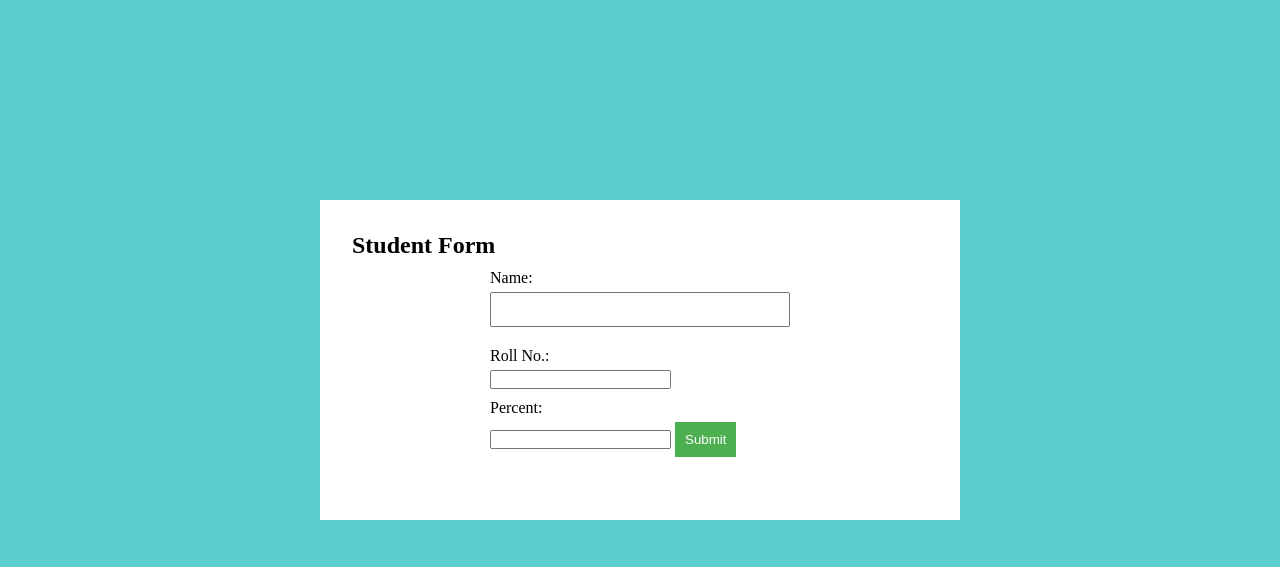
Repository: deeptimahisare1206/Todo_List
Page: http://localhost/Hib_Nest/
An editor plug-in stored every save of this project. The page is shown before and after the next save, followed by the edit.
The browser window is 1280 px wide. The pictures show the whole page.
The page is served by Tomcat 10. Other server files are loaded and not shown.

Above is the page before, as saved 2024-11-09 11:08:43.

### Hib_Nest/src/main/webapp/index.jsp
<%@ page language="java" contentType="text/html; charset=UTF-8"
	pageEncoding="UTF-8"%>
<html>
<head>
<style>
*{
margin:0;
padding:0;
box-sizing: border-box;

}
body {
display:grid;
place-items:center;
	background-color: #5acdcd;
	gap: 2rem;
	height: 100vh;
}

div{
padding:2rem;
	background-color: white;
	height: 20rem;
	width:50vw;
}

form {
    width: 300px;
    margin: 0 auto;
}

label {
    display: block;
    margin: 10px 0 5px;
}

input[type="text"],
input[type="email"],
input[type="password"] {
    width: 100%;
    padding: 8px;
    margin-bottom: 10px;
}

input[type="submit"] {
    background-color: #4CAF50;
    color: white;
    padding: 10px;
    border: none;
    cursor: pointer;
}

input[type="submit"]:hover {
    background-color: #45a049;
}
</style>
</head>
<body>
<div>
	<h2>Student Form</h2>

	<form action="Register" method="get">
		<label>Name:</label><input type="text" name="name"><label>Roll
			No.: </label> <input type="number" name="roll"> <label>Percent:
		</label><input type="number" name="percent"> <input type="submit"
			value="Submit">
	</form>
	</div>
</body>
</html>

After the next save:
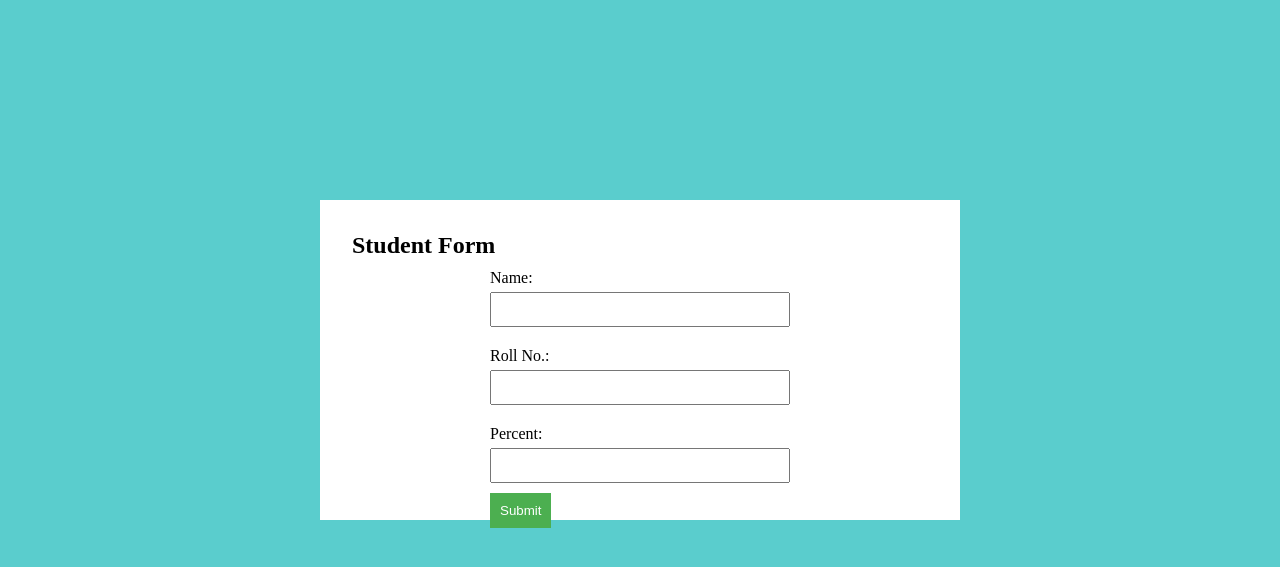
Saved 58 s later.
--- a/Hib_Nest/src/main/webapp/index.jsp
+++ b/Hib_Nest/src/main/webapp/index.jsp
@@ -35,7 +35,7 @@ label {
 }
 
 input[type="text"],
-input[type="email"],
+input[type="number"],
 input[type="password"] {
     width: 100%;
     padding: 8px;
